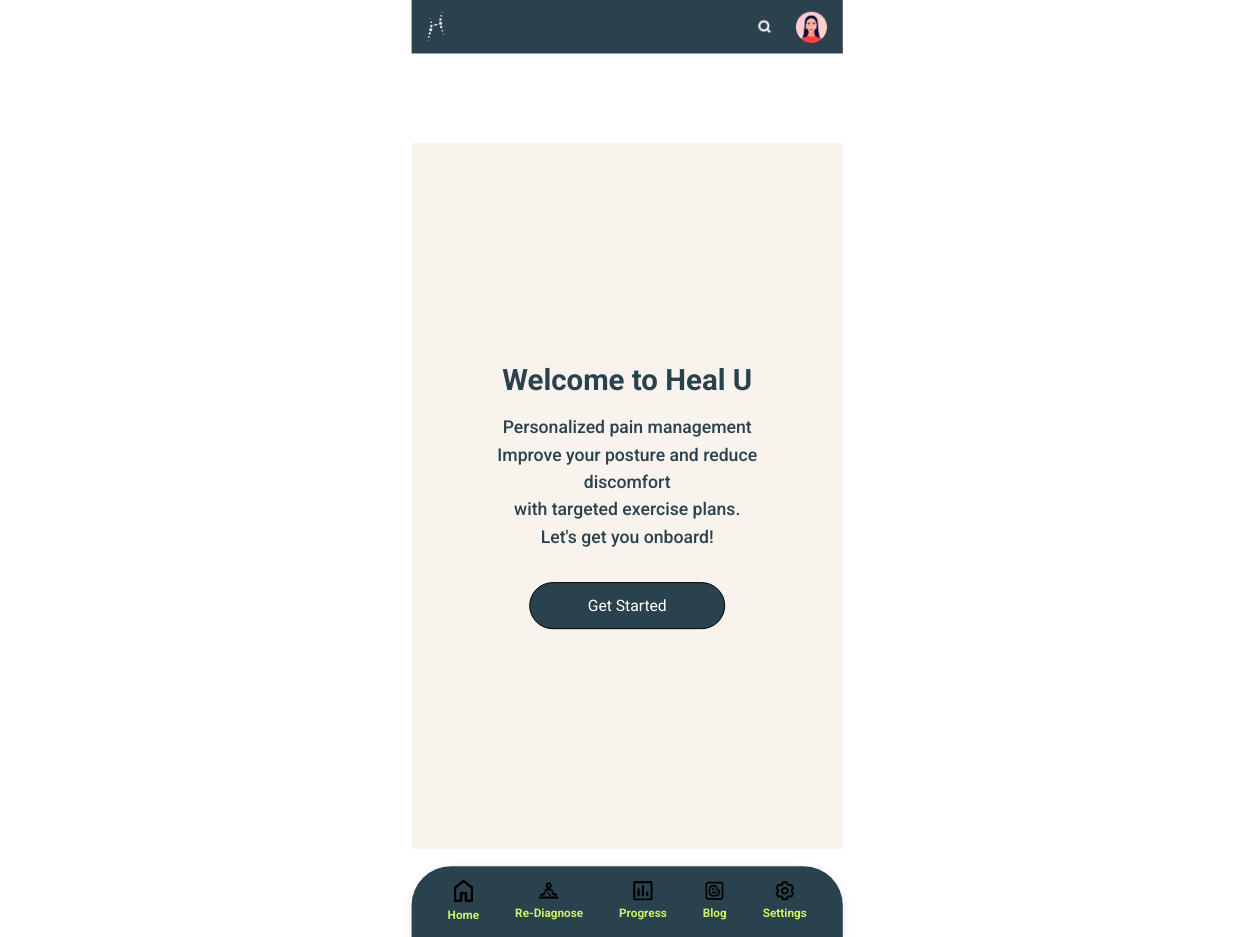
Repository: patcha-d3/heal_u
Page: /
These files come from the project's save history. The page is drawn as it stood at one moment and after the next save; the edit follows.
The browser window is 1280 px wide. The pictures show the whole page, at 98% of full size.
The project was rebuilt for these pictures with package versions that can differ from the ones it lists, and the page was loaded fresh each time. The framework's server and built-in components were replaced by stand-ins that run in the browser. Also part of the build but not shown: next.config.js, next.config.mjs.

Above is the page before, as saved 2025-05-16 19:39:36.

### app/layout.js
"use client";

import { Geist, Geist_Mono } from "next/font/google";
import { Roboto } from "next/font/google";
import "./globals.css";
import { usePathname } from "next/navigation";
import { jsx as _jsxDEV } from "react/jsx-dev-runtime";
import { Fragment as _Fragment } from "react/jsx-runtime";
import { jsxs as _jsxsDEV } from "react/jsx-dev-runtime";
import TopNav from "@ui/Topnav/Topnav";
import Bottomnav from "@ui/Bottomnav/Bottomnav";
import { ThemeProvider, useTheme } from "@context/ThemeContext";

const geistSans = Geist({
	variable: "--font-geist-sans",
	subsets: ["latin"],
});

const geistMono = Geist_Mono({
	variable: "--font-geist-mono",
	subsets: ["latin"],
});

const roboto = Roboto({
	weight: ["300", "400", "500", "700"],
	subsets: ["latin"],
	display: "swap",
});

function ThemedContainer({ children }) {
	const { theme } = useTheme();
	const pathname = usePathname();
	const isHome = pathname === "/home";
	const isStepOne = pathname === "/onboarding/step-one";
	const bgColor =
		isHome || isStepOne
			? "#29424D"
			: theme === "dark"
			? "#29424D"
			: "#FFFFFF";
	return (
		<div className='min-h-screen w-full flex items-center justify-center'>
			<div
				className={`w-[440px] h-[956px] relative flex flex-col`}
				style={{ background: bgColor }}
			>
				{children}
			</div>
		</div>
	);
}

export default function RootLayout({ children }) {
	const pathname = usePathname();
	const isHome = pathname === "/home";
	const hideNav = pathname.startsWith("/plandetail");
	const showBottomNav =
		!pathname?.includes("/onboarding") &&
		!pathname?.startsWith("/recovery-plan/step-one") &&
		!pathname?.startsWith("/recovery-plan/step-two") &&
		!pathname?.startsWith("/recovery-plan/step-three");
	const isStepOne = pathname?.includes("/onboarding/step-one");
	const isStepTwo = pathname?.includes("/onboarding/step-two");
	const isRecoveryStepOne = pathname?.includes("/recovery-plan/step-one");
	const isRecoveryStepTwo = pathname?.includes("/recovery-plan/step-two");
	const isStepThree = pathname?.includes("/onboarding/step-three");
	const isStepFour = pathname?.includes("/onboarding/step-four");

	return (
		<html lang='en'>
			<body
				className={`${geistSans.variable} ${geistMono.variable} ${roboto.className} antialiased`}
				suppressHydrationWarning
			>
				<ThemeProvider>
					<ThemedContainer>
						{!hideNav && (
							<TopNav
								isHome={isHome}
							/>
						)}
						<main className='flex-1 overflow-y-auto flex items-center justify-center'>
							{children}
						</main>
						{showBottomNav && (
							<div className='absolute bottom-0 left-0 right-0'>
								<Bottomnav />
							</div>
						)}
					</ThemedContainer>
				</ThemeProvider>
			</body>
		</html>
	);
}

### app/page.js
"use client";

import { useRouter } from "next/navigation";
import Button from "@ui/Button/Button";

export default function LandingPage() {
	const router = useRouter();
	return (
		<div className='min-h-screen w-full flex flex-col items-center justify-center bg-[#F8F3EC]'>
			<h1 className='text-3xl font-bold text-[#29424D] mb-4'>
				Welcome to Heal U
			</h1>
			<p className='text-center text-[#29424D] text-lg font-medium mb-8 max-w-xs'>
				Personalized pain management
				<br />
				Improve your posture and reduce discomfort
				<br />
				with targeted exercise plans.
				<br />
				Let's get you onboard!
			</p>
			<Button
				text='Get Started'
				fullWidth={false}
				onClick={() =>
					router.push("/onboarding/step-one")
				}
				className='py-3 w-48'
			/>
		</div>
	);
}

### ui/Topnav/Topnav.js
"use client";

import React, { useState } from "react";
import styles from "./TopNav.module.css";

export default function TopNav() {
	const [showSearch, setShowSearch] = useState(false);
	const [hasNotification, setHasNotification] = useState(false);

	return (
		<header
			className={styles.topBar}
			style={{
				borderBottom:
					"1px solid rgba(255, 255, 255, 0.5)",
			}}
		>
			<a href='/' className={styles.logoContainer}>
				<img
					src='/assets/logo.png'
					alt='Logo'
					className={styles.logoImg}
				/>
			</a>

			<div className={styles.iconContainer}>
				<div className={styles.searchWrapper}>
					{showSearch && (
						<div
							className={
								styles.searchBox
							}
						>
							<input
								type='text'
								className={
									styles.searchInput
								}
								placeholder='Search...'
								autoFocus
							/>
						</div>
					)}
					<img
						src='/assets/search.png'
						alt='Search'
						className={`${styles.iconImg} ${
							showSearch
								? styles.dark
								: ""
						}`}
						onClick={() =>
							setShowSearch(
								!showSearch
							)
						}
					/>
				</div>

				<div className={styles.avatarContainer}>
					<img
						src={
							hasNotification
								? "/assets/avatar-notification.png"
								: "/assets/avatar.png"
						}
						alt='Avatar'
						className={styles.avatarImg}
					/>
				</div>
			</div>
		</header>
	);
}

### ui/Bottomnav/Bottomnav.js
"use client";

import React from "react";
import Link from "next/link";
import { usePathname } from "next/navigation";
import styles from "./Bottomnav.module.css";
import Image from "next/image";

const menuItems = [
  { label: "Home", icon: "/icons/home.svg", path: "/" },
  { label: "Re-Diagnose", icon: "/icons/rediagnose.svg", path: "/re-diagnose" },
  { label: "Progress", icon: "/icons/progress.svg", path: "/progress" },
  { label: "Blog", icon: "/icons/blog.svg", path: "/blog" },
  { label: "Settings", icon: "/icons/settings.svg", path: "/settings" },
];

export default function MobileNavbar() {
  const pathname = usePathname();

  return (
    <nav className={styles.navbar}>
      {menuItems.map((item, index) => {
        const isActive = true;

        return (
          <Link href={item.path} key={index} className={styles.link}>
            <div className={styles.button}>
              <div
                className={`${styles.icon} ${
                  isActive ? styles.iconActive : ""
                }`}
              >
                <Image
                  src={item.icon}
                  alt={item.label}
                  width={20}
                  height={20}
                />
              </div>
              <span
                className={`${styles.label} ${
                  isActive ? styles.labelActive : styles.labelInactive
                }`}
              >
                {item.label}
              </span>
            </div>
          </Link>
        );
      })}
    </nav>
  );
}

### context/ThemeContext.js
"use client";
import React, { createContext, useContext, useState, useEffect } from "react";

const ThemeContext = createContext();

export function ThemeProvider({ children }) {
	const [theme, setTheme] = useState("light");

	useEffect(() => {
		const stored =
			typeof window !== "undefined" &&
			localStorage.getItem("theme");
		if (stored) setTheme(stored);
	}, []);

	useEffect(() => {
		if (typeof window !== "undefined") {
			localStorage.setItem("theme", theme);
		}
	}, [theme]);

	return (
		<ThemeContext.Provider value={{ theme, setTheme }}>
			{children}
		</ThemeContext.Provider>
	);
}

export function useTheme() {
	return useContext(ThemeContext);
}

### ui/Button/Button.js
import React from "react";
import styles from "./Button.module.css";

export default function Button({
	text,
	onClick,
	fullWidth = false,
	outlined = false,
	disabled = false,
	type = "button",
}) {
	const buttonClass = outlined
		? styles.outlinedButton
		: styles.filledButton;
	const widthClass = fullWidth ? styles.fullWidth : "";
	const disabledClass = disabled ? styles.disabled : "";

	return (
		<button
			type={type}
			onClick={onClick}
			disabled={disabled}
			className={`${buttonClass} ${widthClass} ${disabledClass}`}
		>
			<span className={styles.text}>{text}</span>
		</button>
	);
}

### ui/Topnav/Topnav.module.css
.topBar {
	width: 440px;
	height: 55px;
	background-color: #2b414d;
	display: flex;
	align-items: center;
	justify-content: space-between;
	padding: 0 16px;
	margin: 0 auto;
	box-sizing: border-box;
	border-bottom: 1px solid #ffffff;
}

.logoImg {
	height: 30.56px;
	cursor: pointer;
}

.iconContainer {
	display: flex;
	align-items: center;
	gap: 16px;
}

.searchWrapper {
	display: flex;
	align-items: center;
	gap: 8px;
	position: relative;
}

.searchBox {
	background-color: white;
	width: 226px;
	height: 32px;
	border-radius: 24px;
	display: flex;
	align-items: center;
	padding: 0 5px;
	gap: 8px;
	transition: all 0.3s ease;
}

.searchInput {
	flex: 1;
	border: none;
	outline: none;
	font-size: 16px;
	background-color: transparent;
}

.iconImg {
	width: 32px;
	height: 32px;
	cursor: pointer;
	filter: brightness(200);
	transition: filter 0.3s ease;
}

.iconImg.dark {
	filter: brightness(0);
}

.avatarContainer {
	width: 32px;
	height: 34px;
	border-radius: 50%;
	overflow: hidden;
}

.avatarImg {
	width: 100%;
	height: 100%;
	object-fit: cover;
}

### ui/Bottomnav/Bottomnav.module.css
/* navbar */
.navbar {
  position: relative;
  bottom: 0;
  left: 0;
  right: 0;
  display: flex;
  justify-content: space-evenly;
  align-items: center;
  background-color: #29424d;
  padding: 8px 0;
  box-shadow: 0 2px 10px rgba(0, 0, 0, 0.1);
  max-width: 440px;
  height: 72px;
  border-radius: 40px 40px 0 0;
  margin: 0 auto;
}

.link {
  text-decoration: none;
  color: inherit;
}

.button {
  display: flex;
  flex-direction: column;
  align-items: center;
  gap: 4px;
}

.icon {
  font-size: 24px;
}

.iconActive {
  stroke: #cdf06b;
}

.label {
  font-size: 12px;
  transition: all 0.2s ease;
}

.labelActive {
  font-weight: 800;
  color: #cdf06b;
}

.labelInactive {
  font-weight: 600;
  color: white;
}

/* Test page styles */
.testContainer {
  padding: 2rem;
  max-width: 440px;
  margin: 0 auto;
}

.testContent {
  display: flex;
  flex-direction: column;
  gap: 3rem;
}

.testSection {
  background: #f5f5f5;
  padding: 2rem;
  border-radius: 8px;
}

.testFrame {
  position: relative;
  height: 400px;
  border: 1px solid #ddd;
  border-radius: 8px;
  overflow: hidden;
  margin-top: 1rem;
}

.scrollContent {
  height: 100%;
  overflow-y: auto;
  padding: 1rem;
  padding-bottom: 80px; /* Space for the bottom nav */
}

.scrollContent p {
  margin: 1rem 0;
  padding: 0.5rem;
  background: white;
  border-radius: 4px;
  box-shadow: 0 1px 3px rgba(0, 0, 0, 0.1);
}

### ui/Button/Button.module.css
.filledButton {
	position: relative;
	display: flex;
	align-items: center;
	justify-content: center;
	height: 48px;
	min-width: 200px;
	border-radius: 24px;
	padding: 0 12px;
	font-family: "Roboto", sans-serif;
	font-size: 16px;
	line-height: 24px;
	transition: all 0.3s ease;
	cursor: pointer;
	background-color: #29424d;
	border: 1px solid black;
	color: white;
	z-index: 1;
	pointer-events: auto;
}

.filledButton:hover {
	background-color: #cdf06b;
	color: black;
	transform: translateY(-1px);
	box-shadow: 0 2px 4px rgba(0, 0, 0, 0.1);
}

.outlinedButton {
	position: relative;
	display: flex;
	align-items: center;
	justify-content: center;
	height: 48px;
	min-width: 200px;
	border-radius: 24px;
	padding: 0 12px;
	font-family: "Roboto", sans-serif;
	font-size: 16px;
	line-height: 24px;
	transition: all 0.3s ease;
	cursor: pointer;
	background-color: transparent;
	border: 1px solid #2e2e30;
	color: #2e2e30;
	z-index: 1;
	pointer-events: auto;
}

.outlinedButton:hover {
	background-color: #cdf06b;
	color: #29424d;
	transform: translateY(-1px);
	box-shadow: 0 2px 4px rgba(0, 0, 0, 0.1);
}

.fullWidth {
	width: 100%;
}

.text {
	flex: 1;
	text-align: center;
	pointer-events: none;
}

.icon {
	position: absolute;
	right: 12px;
	display: flex;
	align-items: center;
	pointer-events: none;
}

.disabled {
	opacity: 0.5;
	cursor: not-allowed;
	pointer-events: none;
}

Loaded but not shown: app/globals.css (common file)

After the next save:
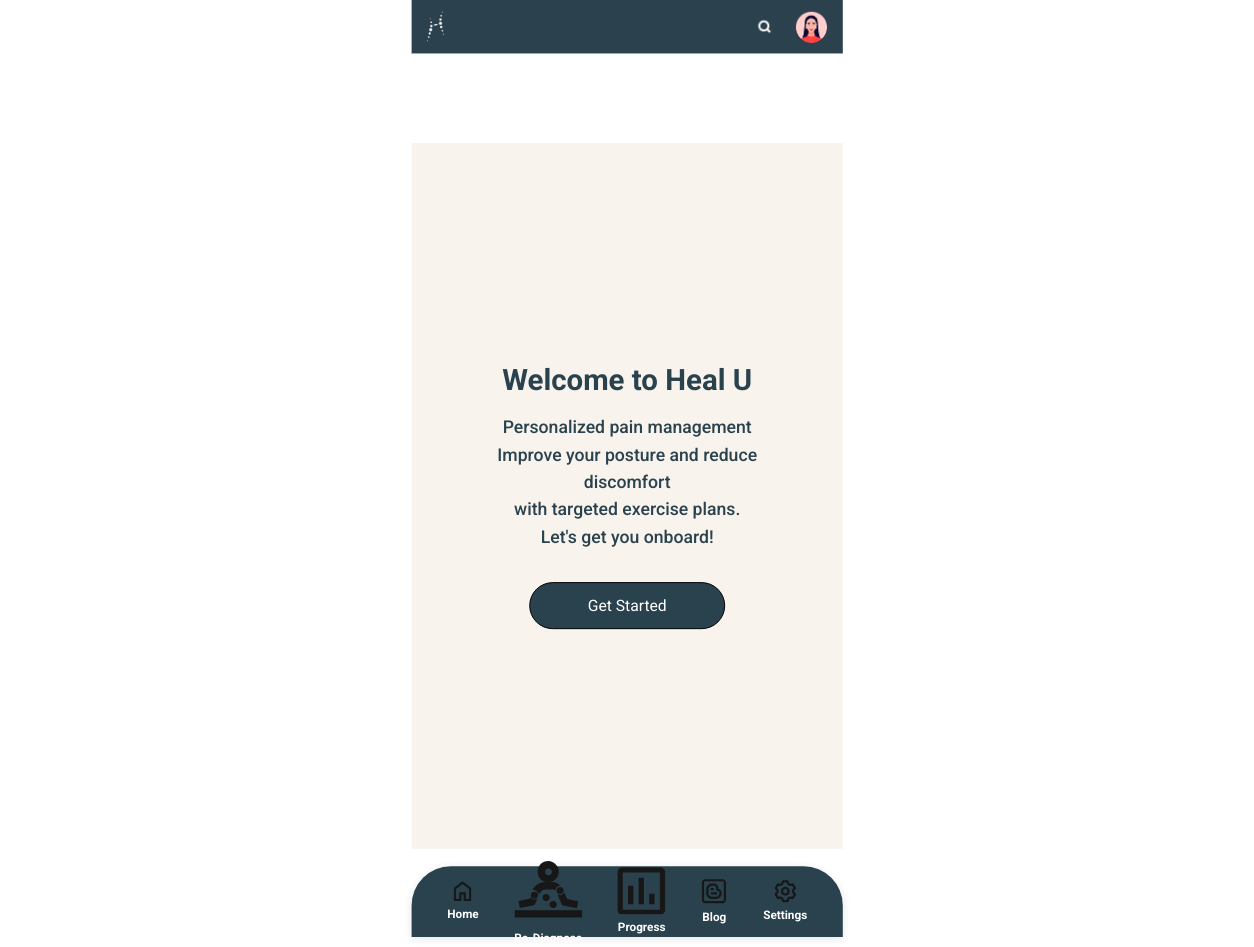
Saved 92 s later.
--- a/ui/Bottomnav/Bottomnav.js
+++ b/ui/Bottomnav/Bottomnav.js
@@ -4,50 +4,64 @@ import React from "react";
 import Link from "next/link";
 import { usePathname } from "next/navigation";
 import styles from "./Bottomnav.module.css";
-import Image from "next/image";
+
+// Import SVGs as React components
+import HomeIcon from "../../public/icons/home.svg";
+import RediagnoseIcon from "../../public/icons/rediagnose.svg";
+import ProgressIcon from "../../public/icons/progress.svg";
+import BlogIcon from "../../public/icons/blog.svg";
+import SettingsIcon from "../../public/icons/settings.svg";
 
 const menuItems = [
-  { label: "Home", icon: "/icons/home.svg", path: "/" },
-  { label: "Re-Diagnose", icon: "/icons/rediagnose.svg", path: "/re-diagnose" },
-  { label: "Progress", icon: "/icons/progress.svg", path: "/progress" },
-  { label: "Blog", icon: "/icons/blog.svg", path: "/blog" },
-  { label: "Settings", icon: "/icons/settings.svg", path: "/settings" },
+	{ label: "Home", icon: HomeIcon, path: "/home" },
+	{ label: "Re-Diagnose", icon: RediagnoseIcon, path: "/re-diagnose" },
+	{ label: "Progress", icon: ProgressIcon, path: "/progress" },
+	{ label: "Blog", icon: BlogIcon, path: "/blog" },
+	{ label: "Settings", icon: SettingsIcon, path: "/settings" },
 ];
 
 export default function MobileNavbar() {
-  const pathname = usePathname();
+	const pathname = usePathname();
 
-  return (
-    <nav className={styles.navbar}>
-      {menuItems.map((item, index) => {
-        const isActive = true;
-
-        return (
-          <Link href={item.path} key={index} className={styles.link}>
-            <div className={styles.button}>
-              <div
-                className={`${styles.icon} ${
-                  isActive ? styles.iconActive : ""
-                }`}
-              >
-                <Image
-                  src={item.icon}
-                  alt={item.label}
-                  width={20}
-                  height={20}
-                />
-              </div>
-              <span
-                className={`${styles.label} ${
-                  isActive ? styles.labelActive : styles.labelInactive
-                }`}
-              >
-                {item.label}
-              </span>
-            </div>
-          </Link>
-        );
-      })}
-    </nav>
-  );
+	return (
+		<nav className={styles.navbar}>
+			{menuItems.map((item, index) => {
+				const isActive = pathname === item.path;
+				const IconComponent = item.icon;
+				return (
+					<Link
+						href={item.path}
+						key={index}
+						className={styles.link}
+					>
+						<div className={styles.button}>
+							<IconComponent
+								className={`${
+									styles.icon
+								} ${
+									isActive
+										? styles.iconActive
+										: ""
+								}`}
+								aria-label={
+									item.label
+								}
+							/>
+							<span
+								className={`${
+									styles.label
+								} ${
+									isActive
+										? styles.labelActive
+										: styles.labelInactive
+								}`}
+							>
+								{item.label}
+							</span>
+						</div>
+					</Link>
+				);
+			})}
+		</nav>
+	);
 }
